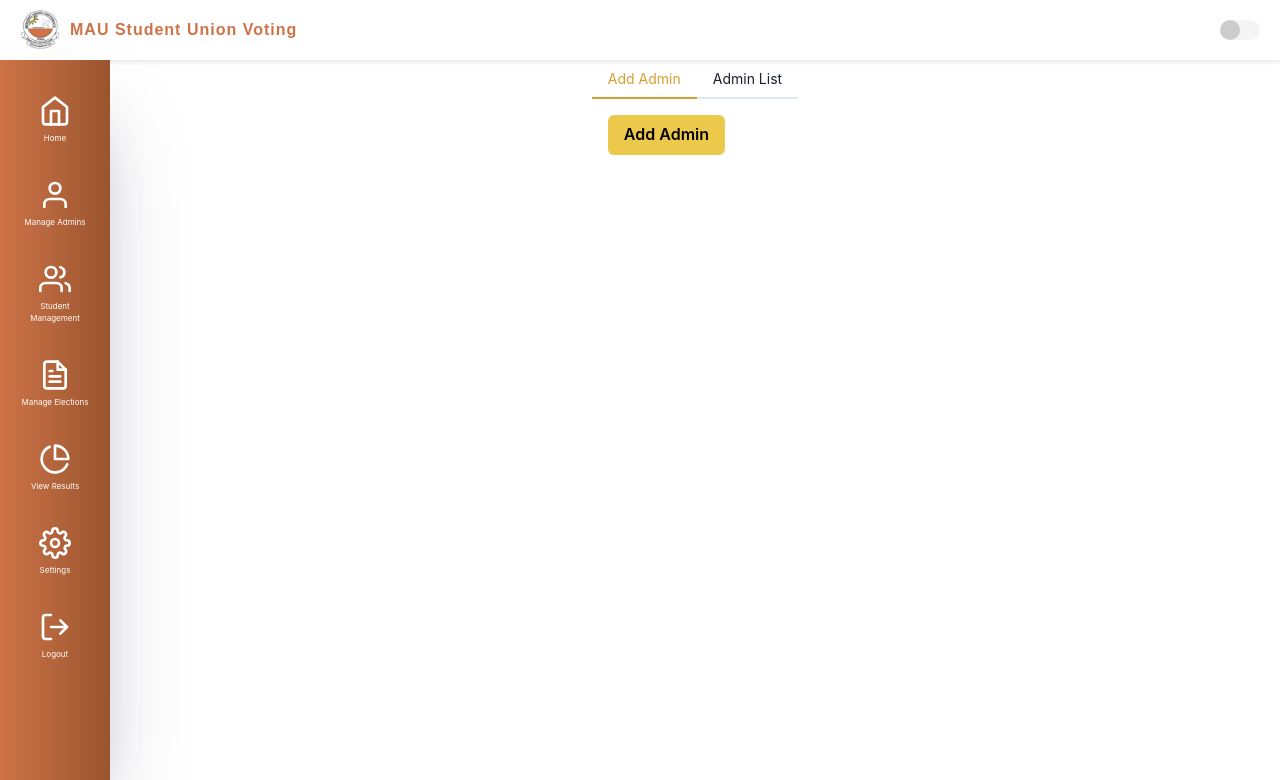
Repository: joena1o/e-vote
Page: /admin-dashboard/manage-admin
The author's editor kept a copy of each file at every save. The page is drawn from the files as they stood at one save, then again after the next save.
The browser window is 1280 px wide. The pictures show the whole page.
The project was rebuilt for these pictures with package versions that can differ from the ones it lists, and the page was loaded fresh each time. Also part of the build but not shown: src/components/EnhancedLogin.js, src/components/maincontent/RegisterStudents/ManageStudents.js, src/components/maincontent/RegisterStudents/RegisterStudents.js, src/components/maincontent/RegisterStudents/StudentManagement.js, src/components/maincontent/ElectionResults/ViewResults.js, src/components/maincontent/ElectionResults/report.js, src/components/maincontent/ElectionResults/ViewElectionResults.js, src/components/maincontent/Settings/Settings.js and 17 more.

Above is the page before, as saved 2023-10-29 08:25:17.

### src/index.js
import React from 'react';
import ReactDOM from 'react-dom/client';
import './index.css';
import App from './App';
import reportWebVitals from './reportWebVitals';
import Modal from 'react-modal';

// Set the app element for the modal for accessibility purposes
Modal.setAppElement('#root');

const root = ReactDOM.createRoot(document.getElementById('root'));
root.render(
  <React.StrictMode>
    <App />
  </React.StrictMode>
);

// If you want to start measuring performance in your app, pass a function
// to log results (for example: reportWebVitals(console.log))
// or send to an analytics endpoint. Learn more: https://bit.ly/CRA-vitals
reportWebVitals();

### src/App.js
import React from 'react';
import { BrowserRouter as Router, Routes, Route, Navigate } from 'react-router-dom';
import EnhancedLogin from './components/EnhancedLogin';
import AdminDashboard from './components/AdminDashboard';
import StudentDashboard from './components/StudentDashboard';
import { ChakraProvider, ColorModeProvider, Button, useColorMode } from '@chakra-ui/react';
import { Provider } from 'react-redux';
import store from './Redux/store';
import ElectionCommitteeDashboard from './components/maincontent/ElectionCommitteeDashboard';

// Component to toggle dark mode
function DarkModeToggle() {
  const { colorMode, toggleColorMode } = useColorMode();
  return (
    <Button onClick={toggleColorMode} position="fixed" m={4} zIndex={10}>
      Toggle {colorMode === 'light' ? 'Dark' : 'Light'}
    </Button>
  );
}

function App() {
  // Check if the current route is not the "/login" route, then render the DarkModeToggle
  // const isLoginPage = window.location.pathname === '/login';

  return (
    <Provider store={store}>
      <ChakraProvider>
        <ColorModeProvider options={{ useSystemColorMode: true }}>
          <Router>
            <Routes>
              {/* Define your routes */}
              <Route path="/login" element={<EnhancedLogin />} />
              <Route path="/admin-dashboard/*" element={<AdminDashboard />} />
              <Route path="/ElectionCommittee-dashboard/*" element={<ElectionCommitteeDashboard />} />
              <Route path='/student-dashboard/*' element={<StudentDashboard />} />
              {/* Redirect root to /admin-dashboard */}
              <Route path="/" element={<Navigate to="/admin-dashboard" replace />} />
            </Routes>
          </Router>
          {/* Render DarkModeToggle only if not on the "/login" page */}
          {/* {!isLoginPage && <DarkModeToggle />} */}
        </ColorModeProvider>
      </ChakraProvider>
    </Provider>
  );
}

export default App;

### src/components/AdminDashboard.js
// AdminDashboard.js
import React from 'react';
import { Routes, Route } from 'react-router-dom';
import StudentManagement from './maincontent/RegisterStudents/StudentManagement';
import ViewResults from './maincontent/ElectionResults/ViewElectionResults';
import Settings from './maincontent/Settings/Settings';
import Home from './maincontent/home/Home';
import ManageAdmin from './maincontent/ManageAdmins/ManageAdmins';
import ManageElections from './maincontent/ManageElections/ManageElections';
import Sidebar from './Sidebar';
import Navbar from './Navbar';
import styled from 'styled-components';

const Container = styled.div`
  display: flex;
  flex-direction: column;
  /* Add the following line to ensure Container fills the screen height */
  height: 100vh;
  width: 100%; /* Use 100% to fill the entire width of the screen */
`;


const Content = styled.div`
  display: flex;
  /* Add the following line to ensure Content fills the remaining screen space */
  flex: 1;
`;

const AdminDashboard = () => {
  return (
    <Container>
      <Navbar />
      <Content>
        <Sidebar />
        <Routes>
          <Route index element={<Home />} />
          <Route path="student-management" element={<StudentManagement />} />
          <Route path="view-results" element={<ViewResults />} />
          <Route path="settings" element={<Settings />} />
          <Route path="manage-admin" element={<ManageAdmin />} />
          <Route path="manage-elections" element={<ManageElections />} />
        </Routes>
      </Content>
    </Container>
  );
};

export default AdminDashboard;

### src/Redux/store.js
import { configureStore } from '@reduxjs/toolkit';
import electionReducer from './electionSlice';
import studentsReducer from './studentsSlice';
import candidatesReducer from './CandidateSlice'; // Import the candidates reducer

const store = configureStore({
  reducer: {
    elections: electionReducer,
    students: studentsReducer,
    candidates: candidatesReducer, // Add the candidates reducer here
  },
});

export default store;

### src/components/maincontent/ManageAdmins/ManageAdmins.js
import React, { useState } from 'react';
import { Tabs, TabList, TabPanels, Tab, TabPanel, Box, Flex, Heading } from '@chakra-ui/react';
import AddAdmin from './AddAdmin';
import AdminList from './AdminList';

const ManageAdmins = () => {
  const [activeTab, setActiveTab] = useState(0);

  const handleTabChange = (index) => {
    setActiveTab(index);
  };

  return (
    <Flex direction="column" align="center" w="100%" h="100%">
      <Box w="30%" maxW="400px" display="flex" flexDirection="column" alignItems="center">
        <Tabs index={activeTab} onChange={handleTabChange} isLazy>
          <TabList display="inline-flex" justifyContent="center" mx="auto">
          <Tab fontSize="sm" px={4} py={2} _selected={{ borderBottom: '2px solid', borderColor: 'yellow.500', color: 'yellow.500' }}>
             Add Admin
          </Tab>
          <Tab fontSize="sm" px={4} py={2} _selected={{ borderBottom: '2px solid', borderColor: 'yellow.500', color: 'yellow.500' }}>
             Admin List
          </Tab>

          </TabList>
          <TabPanels>
            <TabPanel>
              <AddAdmin />
            </TabPanel>
            <TabPanel>
              <AdminList />
            </TabPanel>
          </TabPanels>
        </Tabs>
      </Box>
    </Flex>
  );
};

export default ManageAdmins;

### src/components/Sidebar.js
import React from 'react';
import styled from 'styled-components';
import { Link } from 'react-router-dom';
import { FiHome, FiUser, FiUsers, FiFileText, FiSettings, FiLogOut, FiPieChart } from 'react-icons/fi';
import { useColorMode } from '@chakra-ui/react';

const SidebarContainer = styled.nav`
  background: ${props => (props.theme === 'dark' ? '#333' : 'linear-gradient(to right, #ce7348, #9a552e)')};
  padding: 15px;
  height: 100vh;
  color: #fff;
  box-shadow: rgba(50, 50, 93, 0.25) 0px 50px 100px -20px, rgba(0, 0, 0, 0.3) 0px 30px 60px -30px;
  display: flex;
  flex-direction: column;
`;

const LinkList = styled.ul`
  list-style-type: none;
  padding: 0;
  flex: 1;
`;

const StyledLink = styled(Link)`
  text-decoration: none;
  color: #fff;
  display: flex;
  flex-direction: column;
  align-items: center;
  transition: color 0.3s ease;
  margin-bottom: 15px;
  cursor: pointer;
  font-size: 0.5rem;

  &:hover {
    color: #fce364;
  }

  width: 80px;
  text-align: center;
  word-wrap: break-word;
  overflow-wrap: break-word;

  @media (max-width: 768px) {
    font-size: 0.4rem;
  }

  @media (max-width: 480px) {
    font-size: 0.3rem;
  }
`;

const LinkItem = styled.li`
  display: flex;
  align-items: center;
  margin-top: 20px;
`;

const Icon = styled.div`
  font-size: 2rem;
  color: #fff;

  @media (max-width: 768px) {
    font-size: 0.9rem;
  }

  @media (max-width: 480px) {
    font-size: 0.8rem;
  }

  margin-bottom: 5px;

  ${StyledLink}:hover & {
    color: #fce364;  // Change icon color when the link is hovered
  }
`;

function Sidebar() {
  const { colorMode } = useColorMode();

  return (
    <SidebarContainer theme={colorMode}>
      <LinkList>
        <LinkItem>
          <StyledLink to="/admin-dashboard">
            <Icon><FiHome /></Icon>
            Home
          </StyledLink>
        </LinkItem>
        <LinkItem>
          <StyledLink to="/admin-dashboard/manage-admin">
            <Icon><FiUser /></Icon>
            Manage Admins
          </StyledLink>
        </LinkItem>
        <LinkItem>
          <StyledLink to="/admin-dashboard/student-management">
            <Icon><FiUsers /></Icon>
            Student Management
          </StyledLink>
        </LinkItem>
        <LinkItem>
          <StyledLink to="/admin-dashboard/manage-elections">
            <Icon><FiFileText /></Icon>
            Manage Elections
          </StyledLink>
        </LinkItem>
        <LinkItem>
          <StyledLink to="/admin-dashboard/view-results">
            <Icon><FiPieChart /></Icon>
            View Results
          </StyledLink>
        </LinkItem>
        <LinkItem>
          <StyledLink to="/admin-dashboard/settings">
            <Icon><FiSettings /></Icon>
            Settings
          </StyledLink>
        </LinkItem>
        <LinkItem>
          <StyledLink to="/logout">
            <Icon><FiLogOut /></Icon>
            Logout
          </StyledLink>
        </LinkItem>
      </LinkList>
    </SidebarContainer>
  );
}

export default Sidebar;

### src/components/Navbar.js
import React from 'react';
import styled, { createGlobalStyle } from 'styled-components';
import logo from '../assets/school_logo.jpg';
import { useColorMode } from '@chakra-ui/react';

const GlobalStyle = createGlobalStyle`
  body {
    background-color: ${props => (props.theme === 'dark' ? '#333' : '#fff')};
    color: ${props => (props.theme === 'dark' ? '#fff' : '#000')}; // Set other component texts to black in light mode
  }
`;

const Header = styled.header`
  background: ${props => (props.theme === 'dark' ? '#333' : '#fff')};
  color: ${props => (props.theme === 'dark' ? '#fff' : '#ce7348')}; // Set navbar text to brown in light mode
  padding: 10px 20px;
  display: flex;
  align-items: center;
  justify-content: flex-start;
  box-shadow: 0px 2px 4px rgba(0, 0, 0, 0.1);
  font-family: 'Poppins', sans-serif;
`;


const Logo = styled.img`
  width: 40px;
  height: 40px;
  border-radius: 20px;
  margin-right: 10px;
`;

const Title = styled.h1`
  margin: 0;
  padding: 0;
  font-size: 1rem;
  font-weight: 600;
  letter-spacing: 1px;
`;

const ToggleSlider = styled.label`
  display: flex;
  align-items: center;
  cursor: pointer;
  margin-left: auto;
`;

const SliderInput = styled.input.attrs({ type: 'checkbox' })`
  display: none;
`;

const Slider = styled.div`
  width: 40px;
  height: 20px;
  background-color: ${props => (props.theme === 'dark' ? '#333' : '#f4f4f4')};
  border-radius: 20px;
  position: relative;
  transition: background-color 0.3s ease;
  cursor: pointer;

  &::after {
    content: '';
    width: 20px;
    height: 20px;
    border-radius: 50%;
    background-color: ${props => (props.theme === 'dark' ? '#fff' : '#ccc')};
    position: absolute;
    top: 50%;
    transform: translateY(-50%);
    left: ${props => (props.theme === 'dark' ? '20px' : '0')};
    transition: left 0.3s ease;
  }
`;

function Navbar() {
  const { colorMode, toggleColorMode } = useColorMode();

  return (
    <>
      <GlobalStyle theme={colorMode} />
      <Header theme={colorMode}>
        <Logo src={logo} alt="University Logo" />
        <Title>MAU Student Union Voting</Title>
        <ToggleSlider>
          <SliderInput type="checkbox" onChange={toggleColorMode} />
          <Slider theme={colorMode} />
        </ToggleSlider>
      </Header>
    </>
  );
}

export default Navbar;

### src/Redux/electionSlice.js
/*import { createSlice, createAsyncThunk } from '@reduxjs/toolkit';
import { API, graphqlOperation } from 'aws-amplify';
import { createElection as createElectionAPI } from '../graphql/mutations';

export const createElection = createAsyncThunk(
  'elections/createElection',
  async (election, { rejectWithValue }) => {
    try {
      const result = await API.graphql(graphqlOperation(createElectionAPI, { input: election }));
      return result.data.createElection;
    } catch (error) {
      return rejectWithValue(error);
    }
  }
);

const electionSlice = createSlice({
  name: 'elections',
  initialState: [],
  reducers: {},
  extraReducers: (builder) => {
    builder.addCase(createElection.fulfilled, (state, action) => {
      state.push(action.payload);
    });
  },
});

export default electionSlice.reducer;
*/

### src/Redux/studentsSlice.js
import { createSlice } from '@reduxjs/toolkit';

export const studentsSlice = createSlice({
  name: 'students',
  initialState: [],
  reducers: {
    addStudents: (state, action) => {
      // Add students to the Redux store
      action.payload.forEach(student => {
        state.push(student);
      });
    },
  },
});

export const { addStudents } = studentsSlice.actions;

export default studentsSlice.reducer;

### src/Redux/CandidateSlice.js

import { createSlice } from '@reduxjs/toolkit';

export const candidatesSlice = createSlice({
  name: 'candidates',
  initialState: [],
  reducers: {
    setCandidates: (state, action) => {
      return action.payload;
    },
  },
});

export const { setCandidates } = candidatesSlice.actions;
export default candidatesSlice.reducer;

### src/components/maincontent/ManageAdmins/AddAdmin.js
import React, { useState } from 'react';
import {
  Box,
  VStack,
  Heading,
  Text,
  useColorModeValue,
  Button,
  Input,
  Modal,
  ModalOverlay,
  ModalContent,
  ModalHeader,
  ModalFooter,
  ModalBody,
  ModalCloseButton,
  Select,
  FormControl,
  FormLabel,
} from '@chakra-ui/react';

const AddAdmin = () => {
  const colorModeValue = useColorModeValue('gray.200', 'gray.600');

  const [isOpen, setIsOpen] = useState(false);

  const initialAdminData = {
    name: '',
    email: '',
    role: 'Super Admin',
  };

  const [adminData, setAdminData] = useState(initialAdminData);

  const handleInputChange = (e) => {
    const { name, value } = e.target;
    setAdminData({ ...adminData, [name]: value });
  };

  const openModal = () => {
    setIsOpen(true);
  };

  const closeModal = () => {
    setIsOpen(false);
    setAdminData(initialAdminData);
  };

  const handleSubmit = () => {
    // Add your logic to handle admin data submission here
    console.log('Admin Data Submitted:', adminData);
    closeModal();
  };

  return (
    <Box>
      <Button colorScheme="yellow" onClick={openModal}>
        Add Admin
      </Button>

      <Modal isOpen={isOpen} onClose={closeModal} size="sm">
        <ModalOverlay />
        <ModalContent
          borderRadius="8px"
          bg={colorModeValue}
          color={colorModeValue === 'gray.200' ? 'black' : 'white'}
        >
          <ModalHeader
            fontSize="lg"
            fontWeight="bold"
            borderBottom="1px solid"
            borderColor={colorModeValue === 'gray.200' ? 'gray.300' : 'gray.600'}
          >
            Add New Admin
          </ModalHeader>
          <ModalCloseButton />
          <ModalBody>
            <VStack spacing={4}>
              <FormControl>
                <FormLabel>Name:</FormLabel>
                <Input
                  type="text"
                  name="name"
                  value={adminData.name}
                  onChange={handleInputChange}
                />
              </FormControl>
              <FormControl>
                <FormLabel>Email:</FormLabel>
                <Input
                  type="email"
                  name="email"
                  value={adminData.email}
                  onChange={handleInputChange}
                />
              </FormControl>
              <FormControl>
                <FormLabel>Role:</FormLabel>
                <Select
                  name="role"
                  value={adminData.role}
                  onChange={handleInputChange}
                >
                  <option value="Super Admin">Super Admin</option>
                  <option value="Student Affairs">Student Affairs</option>
                </Select>
              </FormControl>
            </VStack>
          </ModalBody>
          <ModalFooter borderTop="1px solid" borderColor={colorModeValue === 'gray.200' ? 'gray.300' : 'gray.600'}>
          <Button
  bg="brown" // Set the background color to brown
  color="white"
  _hover={{ bg: 'brown.600' }}
  _focus={{ boxShadow: 'none' }}
  onClick={handleSubmit}
>
  Add Admin
</Button>



          </ModalFooter>
        </ModalContent>
      </Modal>
    </Box>
  );
};

export default AddAdmin;

Loaded but not shown: public/index.html (common file); src/index.css (common file); src/reportWebVitals.js (common file)

After the next save:
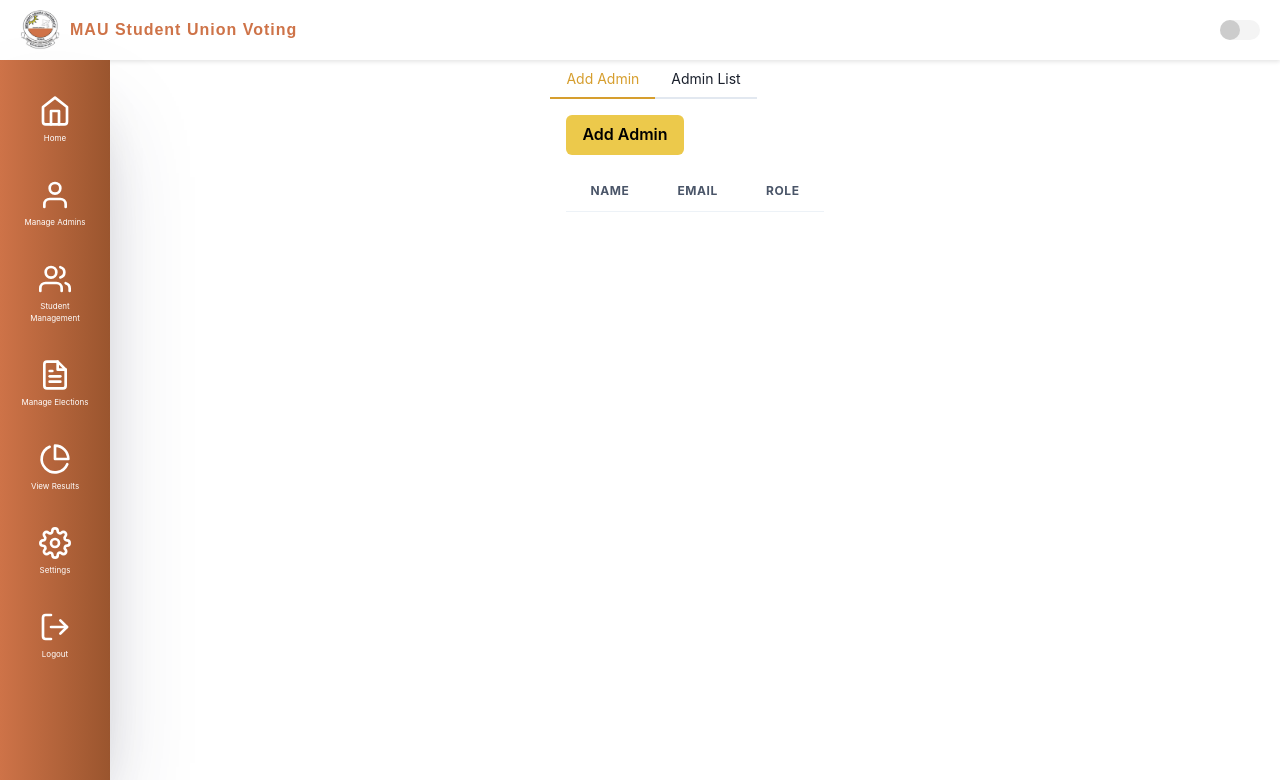
Saved 2 min 12 s later.
--- a/src/components/maincontent/ManageAdmins/AddAdmin.js
+++ b/src/components/maincontent/ManageAdmins/AddAdmin.js
@@ -17,6 +17,12 @@ import {
   Select,
   FormControl,
   FormLabel,
+  Table,
+  Thead,
+  Tbody,
+  Tr,
+  Th,
+  Td,
 } from '@chakra-ui/react';
 
 const AddAdmin = () => {
@@ -31,6 +37,7 @@ const AddAdmin = () => {
   };
 
   const [adminData, setAdminData] = useState(initialAdminData);
+  const [admins, setAdmins] = useState([]); // State to store added admins
 
   const handleInputChange = (e) => {
     const { name, value } = e.target;
@@ -49,6 +56,10 @@ const AddAdmin = () => {
   const handleSubmit = () => {
     // Add your logic to handle admin data submission here
     console.log('Admin Data Submitted:', adminData);
+
+    // Add the admin data to the admins state
+    setAdmins([...admins, adminData]);
+
     closeModal();
   };
 
@@ -59,70 +70,28 @@ const AddAdmin = () => {
       </Button>
 
       <Modal isOpen={isOpen} onClose={closeModal} size="sm">
-        <ModalOverlay />
-        <ModalContent
-          borderRadius="8px"
-          bg={colorModeValue}
-          color={colorModeValue === 'gray.200' ? 'black' : 'white'}
-        >
-          <ModalHeader
-            fontSize="lg"
-            fontWeight="bold"
-            borderBottom="1px solid"
-            borderColor={colorModeValue === 'gray.200' ? 'gray.300' : 'gray.600'}
-          >
-            Add New Admin
-          </ModalHeader>
-          <ModalCloseButton />
-          <ModalBody>
-            <VStack spacing={4}>
-              <FormControl>
-                <FormLabel>Name:</FormLabel>
-                <Input
-                  type="text"
-                  name="name"
-                  value={adminData.name}
-                  onChange={handleInputChange}
-                />
-              </FormControl>
-              <FormControl>
-                <FormLabel>Email:</FormLabel>
-                <Input
-                  type="email"
-                  name="email"
-                  value={adminData.email}
-                  onChange={handleInputChange}
-                />
-              </FormControl>
-              <FormControl>
-                <FormLabel>Role:</FormLabel>
-                <Select
-                  name="role"
-                  value={adminData.role}
-                  onChange={handleInputChange}
-                >
-                  <option value="Super Admin">Super Admin</option>
-                  <option value="Student Affairs">Student Affairs</option>
-                </Select>
-              </FormControl>
-            </VStack>
-          </ModalBody>
-          <ModalFooter borderTop="1px solid" borderColor={colorModeValue === 'gray.200' ? 'gray.300' : 'gray.600'}>
-          <Button
-  bg="brown" // Set the background color to brown
-  color="white"
-  _hover={{ bg: 'brown.600' }}
-  _focus={{ boxShadow: 'none' }}
-  onClick={handleSubmit}
->
-  Add Admin
-</Button>
+        {/* Modal Content */}
+      </Modal>
 
-
-
-          </ModalFooter>
-        </ModalContent>
-      </Modal>
+      {/* Table to display added admins */}
+      <Table variant="simple" mt={4}>
+        <Thead>
+          <Tr>
+            <Th>Name</Th>
+            <Th>Email</Th>
+            <Th>Role</Th>
+          </Tr>
+        </Thead>
+        <Tbody>
+          {admins.map((admin, index) => (
+            <Tr key={index}>
+              <Td>{admin.name}</Td>
+              <Td>{admin.email}</Td>
+              <Td>{admin.role}</Td>
+            </Tr>
+          ))}
+        </Tbody>
+      </Table>
     </Box>
   );
 };
